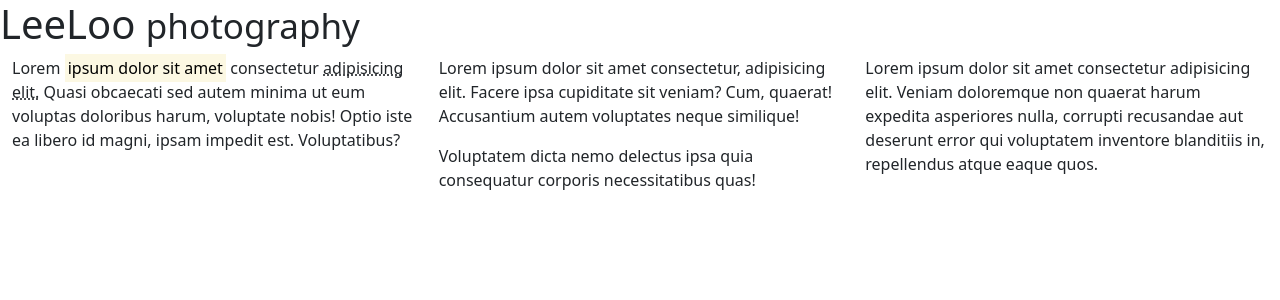
Repository: Zyzik-33/bootstrap-test
Page: index.html
An editor plug-in stored every save of this project. The page is shown before and after the next save, followed by the edit.
The browser window is 1280 px wide. The pictures show the whole page.

Above is the page before, as saved 2021-01-27 14:35:25.

### index.html
<!DOCTYPE html>
<html lang="en">
<head>
  <title>LeeLoo</title>
  <meta charset="UTF-8">
  <meta name="viewport" content="width=device-width, initial-scale=1.0">
  <link href="https://cdn.jsdelivr.net/npm/bootstrap@5.0.0-beta1/dist/css/bootstrap.min.css" rel="stylesheet" integrity="sha384-giJF6kkoqNQ00vy+HMDP7azOuL0xtbfIcaT9wjKHr8RbDVddVHyTfAAsrekwKmP1" crossorigin="anonymous">
  <script src="https://ajax.googleapis.com/ajax/libs/jquery/3.5.1/jquery.min.js"></script>
  <script src="https://cdn.jsdelivr.net/npm/bootstrap@5.0.0-beta1/dist/js/bootstrap.bundle.min.js" integrity="sha384-ygbV9kiqUc6oa4msXn9868pTtWMgiQaeYH7/t7LECLbyPA2x65Kgf80OJFdroafW" crossorigin="anonymous"></script>
</head>
<body>
  <h1>LeeLoo <small>photography</small> </h1>
  <div class="container-fluid">

    <div class="row">
      <div class="col-lg-4">Lorem <mark>ipsum dolor sit amet</mark> consectetur <abbr title="Explanation">adipisicing elit.</abbr> Quasi obcaecati sed autem minima ut eum voluptas doloribus harum, voluptate nobis! Optio iste ea libero id magni, ipsam impedit est. Voluptatibus?</div>
      <div class="col-lg-4">
        <blockquote>
          <p>
            Lorem ipsum dolor sit amet consectetur, adipisicing elit. Facere ipsa cupiditate sit veniam? Cum, quaerat!
             Accusantium autem voluptates neque similique!
          </p>
          <footer>
            Voluptatem dicta nemo delectus ipsa quia consequatur corporis necessitatibus quas!
          </footer>
        </blockquote>
      </div>
      <div class="col-lg-4">Lorem ipsum dolor sit amet consectetur adipisicing elit. Veniam doloremque non quaerat harum expedita asperiores nulla, corrupti recusandae aut deserunt error qui voluptatem inventore blanditiis in, repellendus atque eaque quos.</div>
    </div>
  </div>
</body>
</html>

After the next save:
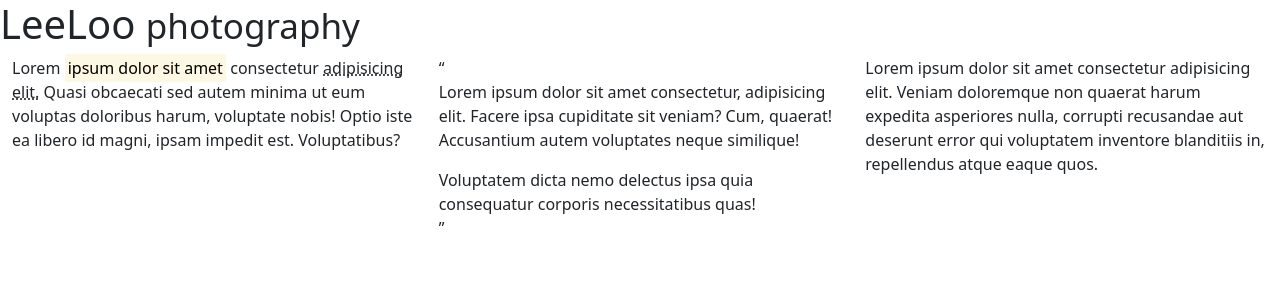
Saved 115 s later.
--- a/index.html
+++ b/index.html
@@ -15,7 +15,7 @@
     <div class="row">
       <div class="col-lg-4">Lorem <mark>ipsum dolor sit amet</mark> consectetur <abbr title="Explanation">adipisicing elit.</abbr> Quasi obcaecati sed autem minima ut eum voluptas doloribus harum, voluptate nobis! Optio iste ea libero id magni, ipsam impedit est. Voluptatibus?</div>
       <div class="col-lg-4">
-        <blockquote>
+        <q>
           <p>
             Lorem ipsum dolor sit amet consectetur, adipisicing elit. Facere ipsa cupiditate sit veniam? Cum, quaerat!
              Accusantium autem voluptates neque similique!
@@ -23,7 +23,7 @@
           <footer>
             Voluptatem dicta nemo delectus ipsa quia consequatur corporis necessitatibus quas!
           </footer>
-        </blockquote>
+        </q>
       </div>
       <div class="col-lg-4">Lorem ipsum dolor sit amet consectetur adipisicing elit. Veniam doloremque non quaerat harum expedita asperiores nulla, corrupti recusandae aut deserunt error qui voluptatem inventore blanditiis in, repellendus atque eaque quos.</div>
     </div>

After the save that followed:
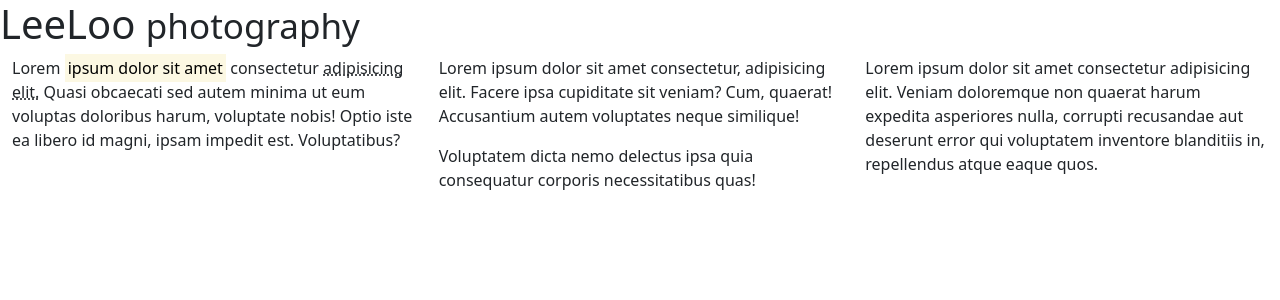
Saved 20 s later.
--- a/index.html
+++ b/index.html
@@ -15,7 +15,7 @@
     <div class="row">
       <div class="col-lg-4">Lorem <mark>ipsum dolor sit amet</mark> consectetur <abbr title="Explanation">adipisicing elit.</abbr> Quasi obcaecati sed autem minima ut eum voluptas doloribus harum, voluptate nobis! Optio iste ea libero id magni, ipsam impedit est. Voluptatibus?</div>
       <div class="col-lg-4">
-        <q>
+        <blockquote>
           <p>
             Lorem ipsum dolor sit amet consectetur, adipisicing elit. Facere ipsa cupiditate sit veniam? Cum, quaerat!
              Accusantium autem voluptates neque similique!
@@ -23,7 +23,7 @@
           <footer>
             Voluptatem dicta nemo delectus ipsa quia consequatur corporis necessitatibus quas!
           </footer>
-        </q>
+        </blockquote>
       </div>
       <div class="col-lg-4">Lorem ipsum dolor sit amet consectetur adipisicing elit. Veniam doloremque non quaerat harum expedita asperiores nulla, corrupti recusandae aut deserunt error qui voluptatem inventore blanditiis in, repellendus atque eaque quos.</div>
     </div>
